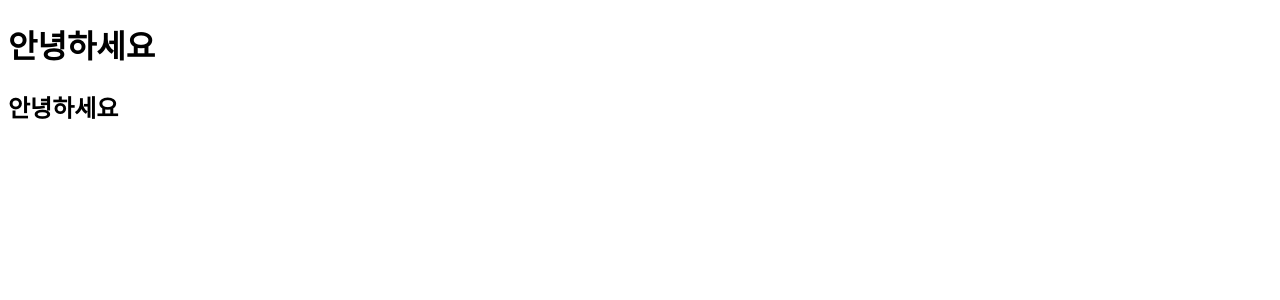
Repository: byeolchorong/ITedunet
Page: JSP/aaa/src/main/webapp/abc/HTML.html
These files come from the project's save history. The page is drawn as it stood at one moment and after the next save; the edit follows.
The browser window is 1280 px wide. The pictures show the whole page.

Above is the page before, as saved 2025-05-20 07:28:35.

After the next save:
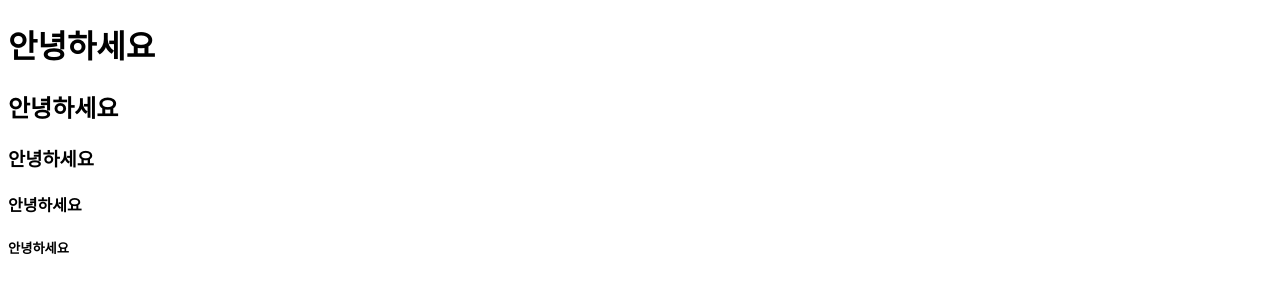
Saved 12 s later.
--- a/JSP/aaa/src/main/webapp/abc/HTML.html
+++ b/JSP/aaa/src/main/webapp/abc/HTML.html
@@ -7,5 +7,8 @@
 <body>
 	<h1>안녕하세요</h1>
 	<h2>안녕하세요</h2>
+	<h3>안녕하세요</h3>
+	<h4>안녕하세요</h4>
+	<h5>안녕하세요</h5>
 </body>
 </html>
